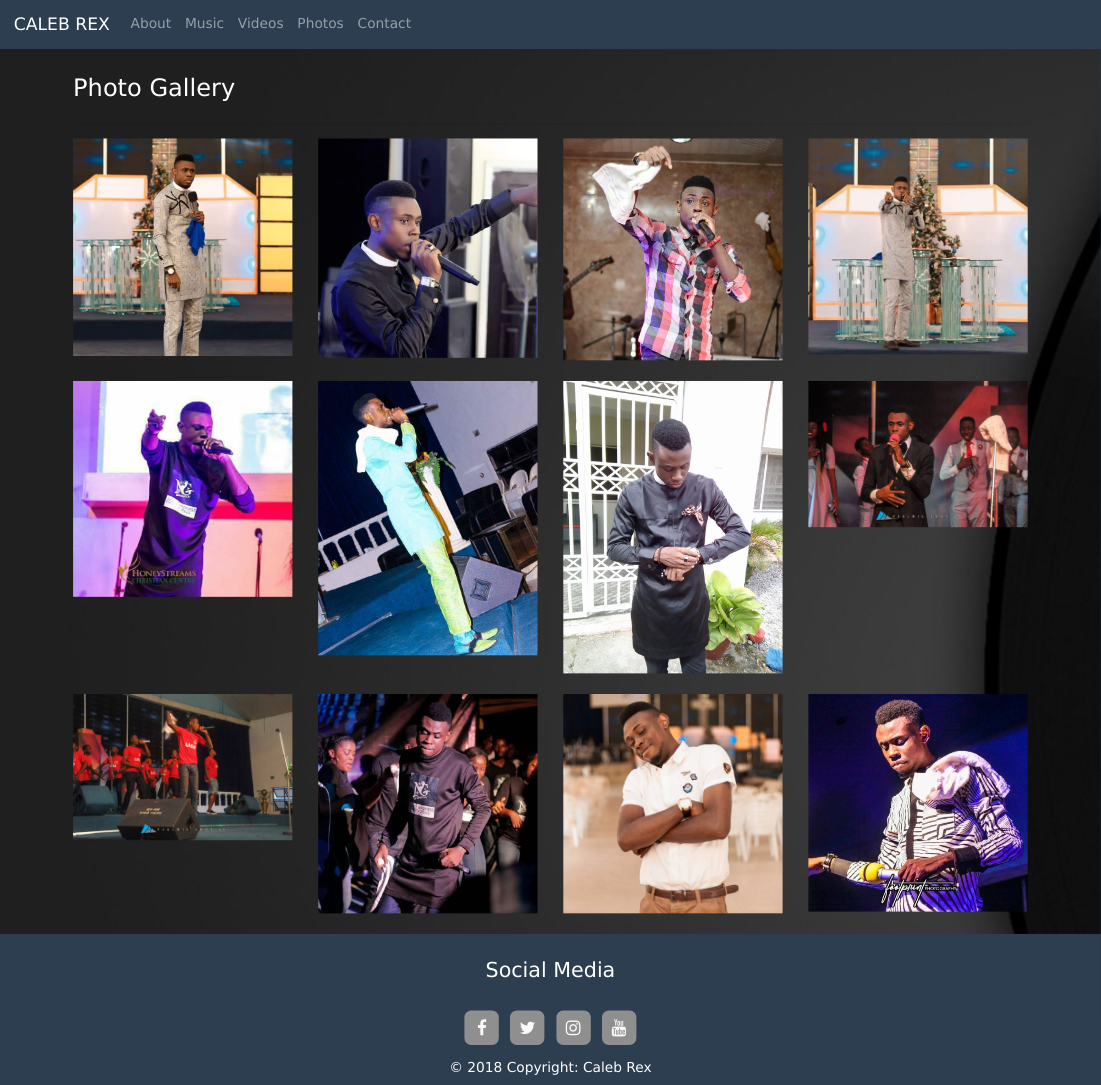
Repository: IchaTreasure/caleb-rex
Page: photos.html
The author's editor kept a record of every edit. The page is drawn from the files as they stood at one moment, then again after the next edit.
The browser window is 1280 px wide. The pictures show the whole page, at 86% of full size.
Some web libraries are served in a nearby version.

Above is the page before.

### photos.html
<!DOCTYPE html>
<html lang="en">

<head>
    <meta charset="UTF-8">
    <meta name="viewport" content="width=device-width, initial-scale=1.0">
    <meta http-equiv="X-UA-Compatible" content="ie=edge">
    <link rel="stylesheet" href="https://maxcdn.bootstrapcdn.com/bootstrap/4.1.3/css/bootstrap.min.css">
    <link rel="stylesheet" href="https://use.fontawesome.com/releases/v5.6.1/css/all.css" integrity="sha384-gfdkjb5BdAXd+lj+gudLWI+BXq4IuLW5IT+brZEZsLFm++aCMlF1V92rMkPaX4PP" crossorigin="anonymous">
    <link rel="stylesheet" href="https://stackpath.bootstrapcdn.com/bootstrap/4.3.1/css/bootstrap.min.css" type="text/css" />
    <link rel="stylesheet" href="https://stackpath.bootstrapcdn.com/font-awesome/4.7.0/css/font-awesome.min.css" type="text/css" />
    <link rel="stylesheet" href="https://cdnjs.cloudflare.com/ajax/libs/hover.css/2.3.1/css/hover-min.css" type="text/css" />
    <link href="https://fonts.googleapis.com/css?family=Roboto:400,700" rel="stylesheet">
    <link rel="stylesheet" href="css/style.css" type="text/css" />
    <title>Caleb Rex</title>
</head>

<body style="background-color: #2c3e50">
    <!-- Navigation Bar -->
    <nav class="navbar navbar-expand-md navbar-dark fixed-top" style="background-color: #2c3e50">
        <a class="navbar-brand" href="index.html">CALEB REX</a>
        <button class="navbar-toggler" type="button" data-toggle="collapse" data-target="#navbarsExampleDefault" aria-controls="navbarsExampleDefault" aria-expanded="false" aria-label="Toggle navigation">
    <span class="navbar-toggler-icon"></span>
  </button>

        <div class="collapse navbar-collapse" id="navbarsExampleDefault">
            <ul class="navbar-nav mr-auto">
                <li class="nav-item right" data-toggle="collapse" data-target=".navbar-collapse.show">
                    <a class="nav-link" href="about.html">About</a>
                </li>
                <li class="nav-item right" data-toggle="collapse" data-target=".navbar-collapse.show">
                    <a class="nav-link" href="music.html">Music</a>
                </li>
                <li class="nav-item right" data-toggle="collapse" data-target=".navbar-collapse.show">
                    <a class="nav-link" href="videos.html">Videos</a>
                </li>
                <li class="nav-item right" data-toggle="collapse" data-target=".navbar-collapse.show">
                    <a class="nav-link active-page" href="photos.html">Photos</a>
                </li>
                <li class="nav-item right" data-toggle="collapse" data-target=".navbar-collapse.show">
                    <a class="nav-link" href="contact.html">Contact</a>
                </li>
            </ul>
        </div>
    </nav>

    <!-- Photo section style="background-color: #D6D6D6; padding-bottom: 100px;" -->
    <section style="background-color: #2c3e50; background-image: url('images/photos-page.png'); Width: 100%;">
        <div class="container" Style="padding-top: 30px">
            <div class="row">
                <h3 style="padding-left: 15px; color: white;">Photo Gallery</h3>
            </div>
            <hr style = "color: white;">
            <div class="row">
                <!-- Modal: Image 1 -->
                <div class="col-sm-3">
                    <a class="d-block mb-4 h-100">
            <img class="img-fluid img-hover" src="images/Caleb1.jpg" data-toggle="modal" data-target="#Image1" alt="Caleb 1" style="width: 100%">
          </a>
                    <!-- Modal Content -->
                    <div class="modal fade" id="Image1" tabindex="-1" role="dialog" aria-hidden="true">
                        <div class="modal-dialog modal-lg" role="document">
                            <div class="modal-body">
                                <img class="img-fluid" src="images/Caleb1.jpg" alt="Caleb 1">
                            </div>
                        </div>
                    </div>
                </div>

                <!-- Modal: Image 2 -->
                <div class="col-sm-3">
                    <a class="d-block mb-4 h-100">
            <img class="img-fluid img-hover" src="images/Caleb2.jpg" data-toggle="modal" data-target="#Image2" alt="Caleb 2" style="width: 100%">
          </a>
                    <!-- Modal Content -->
                    <div class="modal fade" id="Image2" tabindex="-1" role="dialog" aria-hidden="true">
                        <div class="modal-dialog modal-lg" role="document">
                            <div class="modal-body">
                                <img class="img-fluid" src="images/Caleb2.jpg" alt="Caleb 2">
                            </div>
                        </div>
                    </div>
                </div>

                <!-- Modal: Image 3 -->
                <div class="col-sm-3">
                    <a class="d-block mb-4 h-100">
            <img class="img-fluid img-hover" src="images/Caleb3.jpg" data-toggle="modal" data-target="#Image3" alt="Caleb 3" style="width: 100%">
          </a>
                    <!-- Modal Content -->
                    <div class="modal fade" id="Image3" tabindex="-1" role="dialog" aria-hidden="true">
                        <div class="modal-dialog modal-lg" role="document">
                            <div class="modal-body">
                                <img class="img-fluid" src="images/Caleb3.jpg" alt="Caleb 3">
                            </div>
                        </div>
                    </div>
                </div>

                <!-- Modal: Image 4 -->
                <div class="col-sm-3">
                    <a class="d-block mb-4 h-100">
            <img class="img-fluid img-hover" src="images/Caleb4.jpg" data-toggle="modal" data-target="#Image4" alt="Caleb 4" style="width: 100%">
          </a>
                    <!-- Modal Content -->
                    <div class="modal fade" id="Image4" tabindex="-1" role="dialog" aria-hidden="true">
                        <div class="modal-dialog modal-lg" role="document">
                            <div class="modal-body">
                                <img class="img-fluid" src="images/Caleb4.jpg" alt="Caleb 4">
                            </div>
                        </div>
                    </div>
                </div>
            </div>

            <div class="row">
                <!-- Modal: Image 5 -->
                <div class="col-sm-3">
                    <a class="d-block mb-4 h-100">
            <img class="img-fluid img-hover" src="images/Caleb5.jpg" data-toggle="modal" data-target="#Image5" alt="Caleb 5" style="width: 100%">
          </a>
                    <!-- Modal Content -->
                    <div class="modal fade" id="Image5" tabindex="-1" role="dialog" aria-hidden="true">
                        <div class="modal-dialog modal-lg" role="document">
                            <div class="modal-body">
                                <img class="img-fluid" src="images/Caleb5.jpg" alt="Caleb 5">
                            </div>
                        </div>
                    </div>
                </div>

                <!-- Modal: Image 6 -->
                <div class="col-sm-3">
                    <a class="d-block mb-4 h-100">
            <img class="img-fluid img-hover" src="images/Caleb6.jpg" data-toggle="modal" data-target="#Image6" alt="Caleb 6" style="width: 100%">
          </a>
                    <!-- Modal Content -->
                    <div class="modal fade" id="Image6" tabindex="-1" role="dialog" aria-hidden="true">
                        <div class="modal-dialog modal-lg" role="document">
                            <div class="modal-body">
                                <img class="img-fluid" src="images/Caleb6.jpg" alt="Caleb 6">
                            </div>
                        </div>
                    </div>
                </div>

                <!-- Modal: Image 7 -->
                <div class="col-sm-3">
                    <a class="d-block mb-4 h-100">
            <img class="img-fluid img-hover" src="images/Caleb7.jpg" data-toggle="modal" data-target="#Image7" alt="Caleb 7" style="width: 100%">
          </a>
                    <!-- Modal Content -->
                    <div class="modal fade" id="Image7" tabindex="-1" role="dialog" aria-hidden="true">
                        <div class="modal-dialog modal-lg" role="document">
                            <div class="modal-body">
                                <img class="img-fluid" src="images/Caleb7.jpg" alt="Caleb 7">
                            </div>
                        </div>
                    </div>
                </div>

                <!-- Modal: Image 8 -->
                <div class="col-sm-3">
                    <a class="d-block mb-4 h-100">
            <img class="img-fluid img-hover" src="images/Caleb8.jpg" data-toggle="modal" data-target="#Image8" alt="Caleb 8" style="width: 100%">
          </a>
                    <!-- Modal Content -->
                    <div class="modal fade" id="Image8" tabindex="-1" role="dialog" aria-hidden="true">
                        <div class="modal-dialog modal-lg" role="document">
                            <div class="modal-body">
                                <img class="img-fluid" src="images/Caleb8.jpg" alt="Caleb 8">
                            </div>
                        </div>
                    </div>
                </div>
            </div>

            <div class="row">
                <!-- Modal: Image 9 -->
                <div class="col-sm-3">
                    <a class="d-block mb-4 h-100">
            <img class="img-fluid img-hover" src="images/Caleb9.jpg" data-toggle="modal" data-target="#Image9" alt="Caleb 9" style="width: 100%">
          </a>
                    <!-- Modal Content -->
                    <div class="modal fade" id="Image9" tabindex="-1" role="dialog" aria-hidden="true">
                        <div class="modal-dialog modal-lg" role="document">
                            <div class="modal-body">
                                <img class="img-fluid" src="images/Caleb9.jpg" alt="Caleb 9">
                            </div>
                        </div>
                    </div>
                </div>

                <!-- Modal: Image 10 -->
                <div class="col-sm-3">
                    <a class="d-block mb-4 h-100">
            <img class="img-fluid img-hover" src="images/Caleb11.jpg" data-toggle="modal" data-target="#Image11" alt="Caleb 10" style="width: 100%">
          </a>
                    <!-- Modal Content -->
                    <div class="modal fade" id="Image11" tabindex="-1" role="dialog" aria-hidden="true">
                        <div class="modal-dialog modal-lg" role="document">
                            <div class="modal-body">
                                <img class="img-fluid" src="images/Caleb11.jpg" alt="Caleb 10">
                            </div>
                        </div>
                    </div>
                </div>

                <!-- Modal: Image 11 -->
                <div class="col-sm-3">
                    <a class="d-block mb-4 h-100">
            <img class="img-fluid img-hover" src="images/Caleb12.jpg" data-toggle="modal" data-target="#Image12" alt="Caleb 11" style="width: 100%">
          </a>
                    <!-- Modal Content -->
                    <div class="modal fade" id="Image12" tabindex="-1" role="dialog" aria-hidden="true">
                        <div class="modal-dialog modal-lg" role="document">
                            <div class="modal-body">
                                <img class="img-fluid" src="images/Caleb12.jpg" alt="Caleb 11">
                            </div>
                        </div>
                    </div>
                </div>

                <!-- Modal: Image 12 -->
                <div class="col-sm-3">
                    <a class="d-block mb-4 h-100">
            <img class="img-fluid img-hover" src="images/Caleb14.jpg" data-toggle="modal" data-target="#Image14" alt="Caleb 12" style="width: 100%">
          </a>
                    <!-- Modal Content -->
                    <div class="modal fade" id="Image14" tabindex="-1" role="dialog" aria-hidden="true">
                        <div class="modal-dialog modal-lg" role="document">
                            <div class="modal-body">
                                <img class="img-fluid" src="images/Caleb14.jpg" alt="Caleb 12">
                            </div>
                        </div>
                    </div>
                </div>
            </div>
        </div>
    </section>

    <!-- Footer -->
    <footer class="py-1" style="background-color: #2c3e50; text-align: center;">
        <div class="container">
            <br>
            <h4 style = "color: white">Social Media</h4>
            <br>
            <ul class="list-inline social-links">
                <li class="list-inline-item">
                    <a target="_blank" href="https://www.facebook.com/caleb.rex.96"><i class = " fa fa-facebook" aria-hidden="true"></i><span class = "sr-only">Facebook</span></a>
                </li>
                <li class="list-inline-item">
                    <a target="_blank" href="https://twitter.com/calebrex01"><i class = " fa fa-twitter" aria-hidden="true"></i><span class = "sr-only">Twitter</span></a>
                </li>
                <li class="list-inline-item">
                    <a target="_blank" href="https://www.instagram.com/caleb.rex01/"><i class = " fa fa-instagram" aria-hidden="true"></i><span class = "sr-only">Instagram</span></a>
                </li>
                <li class="list-inline-item">
                    <a target="_blank" href="https://www.youtube.com/channel/UC_B7e65upco510Sio9dZJhg"><i class = " fa fa-youtube" aria-hidden="true"></i><span class = "sr-only">Youtube</span></a>
                </li>
            </ul>
        </div>

        <h6 style="text-align: center; color: white;">© 2018 Copyright: Caleb Rex</h6>
        <!-- /.container -->
    </footer>
    <!-- Bootstrap core JavaScript -->
    <script src="https://code.jquery.com/jquery-3.3.1.slim.min.js" integrity="sha384-q8i/X+965DzO0rT7abK41JStQIAqVgRVzpbzo5smXKp4YfRvH+8abtTE1Pi6jizo" crossorigin="anonymous"></script>
    <script src="https://cdnjs.cloudflare.com/ajax/libs/popper.js/1.14.3/umd/popper.min.js" integrity="sha384-ZMP7rVo3mIykV+2+9J3UJ46jBk0WLaUAdn689aCwoqbBJiSnjAK/l8WvCWPIPm49" crossorigin="anonymous"></script>
    <script src="https://stackpath.bootstrapcdn.com/bootstrap/4.1.3/js/bootstrap.min.js" integrity="sha384-ChfqqxuZUCnJSK3+MXmPNIyE6ZbWh2IMqE241rYiqJxyMiZ6OW/JmZQ5stwEULTy" crossorigin="anonymous"></script>
    <script src="https://code.jquery.com/jquery-3.3.1.slim.min.js" integrity="sha384-q8i/X+965DzO0rT7abK41JStQIAqVgRVzpbzo5smXKp4YfRvH+8abtTE1Pi6jizo" crossorigin="anonymous"></script>
    <script src="https://cdnjs.cloudflare.com/ajax/libs/popper.js/1.14.7/umd/popper.min.js" integrity="sha384-UO2eT0CpHqdSJQ6hJty5KVphtPhzWj9WO1clHTMGa3JDZwrnQq4sF86dIHNDz0W1" crossorigin="anonymous"></script>
    <script src="https://stackpath.bootstrapcdn.com/bootstrap/4.3.1/js/bootstrap.min.js" integrity="sha384-JjSmVgyd0p3pXB1rRibZUAYoIIy6OrQ6VrjIEaFf/nJGzIxFDsf4x0xIM+B07jRM" crossorigin="anonymous"></script>
</body>
</html>

### css/style.css
/*---------------------------- css for body */
body {
  font-family: 'Lucida Grande', sans-serif;
  padding-top: 56px;
}

ul li a .active-page
{
  background-color:black;
}

p{
	color: white;
}

h1, h2, h3, h4, h5, h6 {
	color: white;
}

label{
	color: white;
}

/*----------------------------------------- Modal Styling */
.modal-body{
    color: #615650;
    text-align: center;
}

.modal-content{
    background-color: #dbc7bd;
    padding: 20px;
}

.img-hover:hover{
    cursor: pointer;
    opacity: 0.6;
    transition: all 0.35s ease-in-out;
    -moz-transition: all 0.35s ease-in-out;
    -webkit-transition: all 0.35s ease-in-out;
    -o-transition: all 0.35s ease-in-out;
}

/*---------------------------- css for contact form*/
.form-style-1 {
	margin:10px auto;
	max-width: 400px;
	padding: 20px 12px 10px 20px;
	font: 13px "Lucida Sans Unicode", "Lucida Grande", sans-serif;
}
.form-style-1 li {
	padding: 0;
	display: block;
	list-style: none;
	margin: 10px 0 0 0;
}
.form-style-1 label{
	margin:0 0 3px 0;
	padding:0px;
	display:block;
	font-weight: bold;
}
.form-style-1 input[type=text],
.form-style-1 input[type=date],
.form-style-1 input[type=datetime],
.form-style-1 input[type=number],
.form-style-1 input[type=search],
.form-style-1 input[type=time],
.form-style-1 input[type=url],
.form-style-1 input[type=email],
textarea,
select{
	box-sizing: border-box;
	-webkit-box-sizing: border-box;
	-moz-box-sizing: border-box;
	border:1px solid #BEBEBE;
	padding: 7px;
	margin:0px;
	-webkit-transition: all 0.30s ease-in-out;
	-moz-transition: all 0.30s ease-in-out;
	-ms-transition: all 0.30s ease-in-out;
	-o-transition: all 0.30s ease-in-out;
	outline: none;
}

.form-style-1 input[type=text]:focus,
.form-style-1 input[type=date]:focus,
.form-style-1 input[type=datetime]:focus,
.form-style-1 input[type=number]:focus,
.form-style-1 input[type=search]:focus,
.form-style-1 input[type=time]:focus,
.form-style-1 input[type=url]:focus,
.form-style-1 input[type=email]:focus,
.form-style-1 textarea:focus,
.form-style-1 select:focus{
	-moz-box-shadow: 0 0 8px #88D5E9;
	-webkit-box-shadow: 0 0 8px #88D5E9;
	box-shadow: 0 0 8px #88D5E9;
	border: 1px solid #88D5E9;
}

.form-style-1 .field-divided{
	width: 49%;
}

.form-style-1 .field-long{
	width: 100%;
}
.form-style-1 .field-select{
	width: 100%;
}
.form-style-1 .field-textarea{
	height: 100px;
}
.form-style-1 input[type=submit], .form-style-1 input[type=button]{
	background: #4B99AD;
	padding: 8px 15px 8px 15px;
	border: none;
	color: #fff;
}

.form-style-1 input[type=submit]:hover, .form-style-1 input[type=button]:hover{
	background: #4691A4;
	box-shadow:none;
	-moz-box-shadow:none;
	-webkit-box-shadow:none;
}

.form-style-1 .required{
	color:red;
}

/*---------------------------- css for footer*/
footer {
  background-color: #7D0D11;
  color: black;
}

.social-links li a i {
  width: 40px;
  height: 40px;
  padding: 10px;
  border-radius: 20%;
  font-size: 20px;
  line-height: 20px;
  text-align: center;
  color: #fafafa;
  background: #8f8f8f;
  transition: all 0.35s ease-in-out;
  -moz-transition: all 0.35s ease-in-out;
  -webkit-transition: all 0.35s ease-in-out;
  -o-transition: all 0.35s ease-in-out;
}

.social-links li a i:hover {
  background: black;
}

After the next edit:
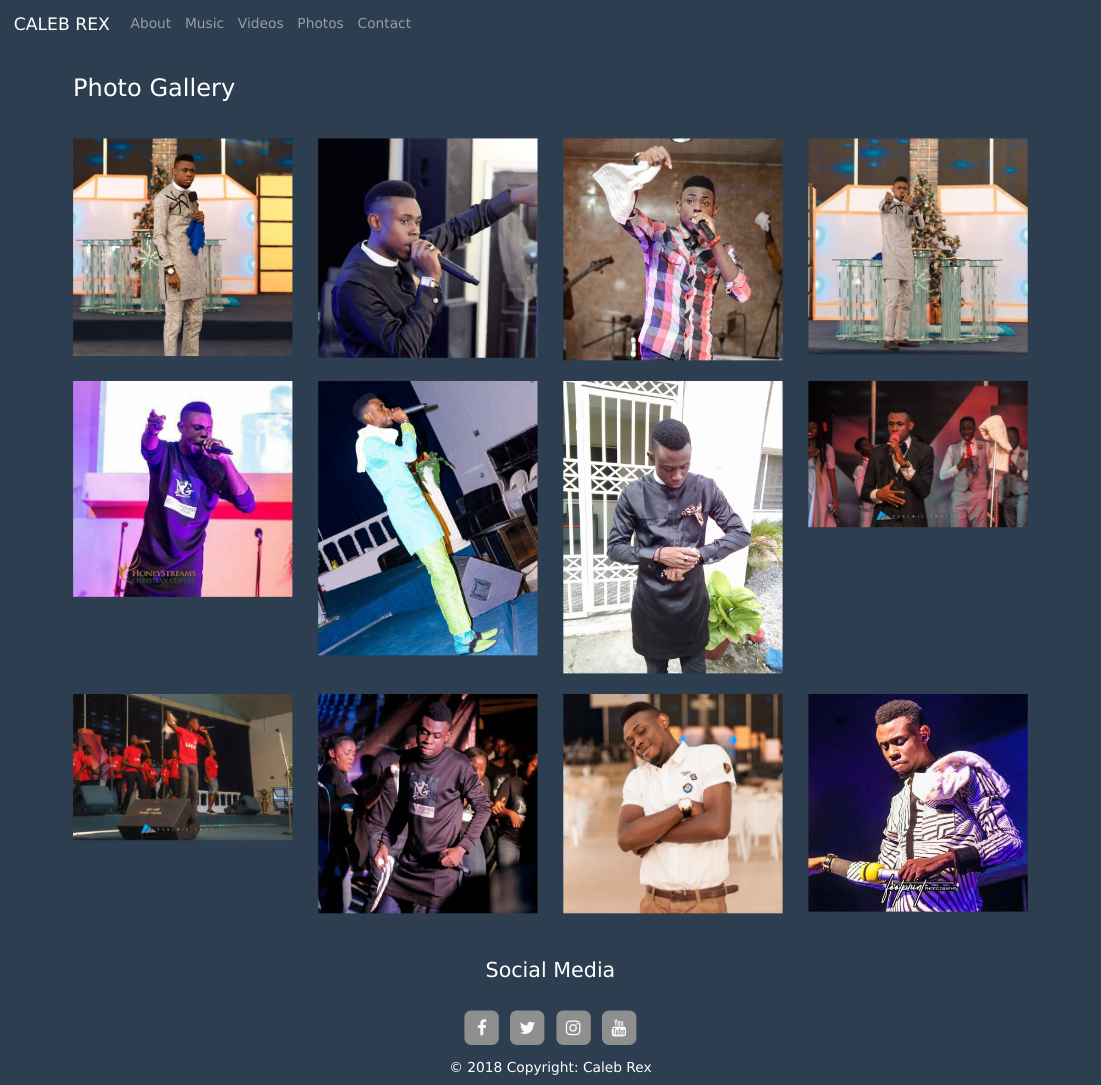
The edit:
--- a/photos.html
+++ b/photos.html
@@ -44,8 +44,9 @@
         </div>
     </nav>
 
-    <!-- Photo section style="background-color: #D6D6D6; padding-bottom: 100px;" -->
-    <section style="background-color: #2c3e50; background-image: url('images/photos-page.png'); Width: 100%;">
+    <!-- Photo section
+    <section style="background-color: #2c3e50; background-image: url('images/photos-page.png'); Width: 100%;"> -->
+    <Section>
         <div class="container" Style="padding-top: 30px">
             <div class="row">
                 <h3 style="padding-left: 15px; color: white;">Photo Gallery</h3>

After the edit that followed:
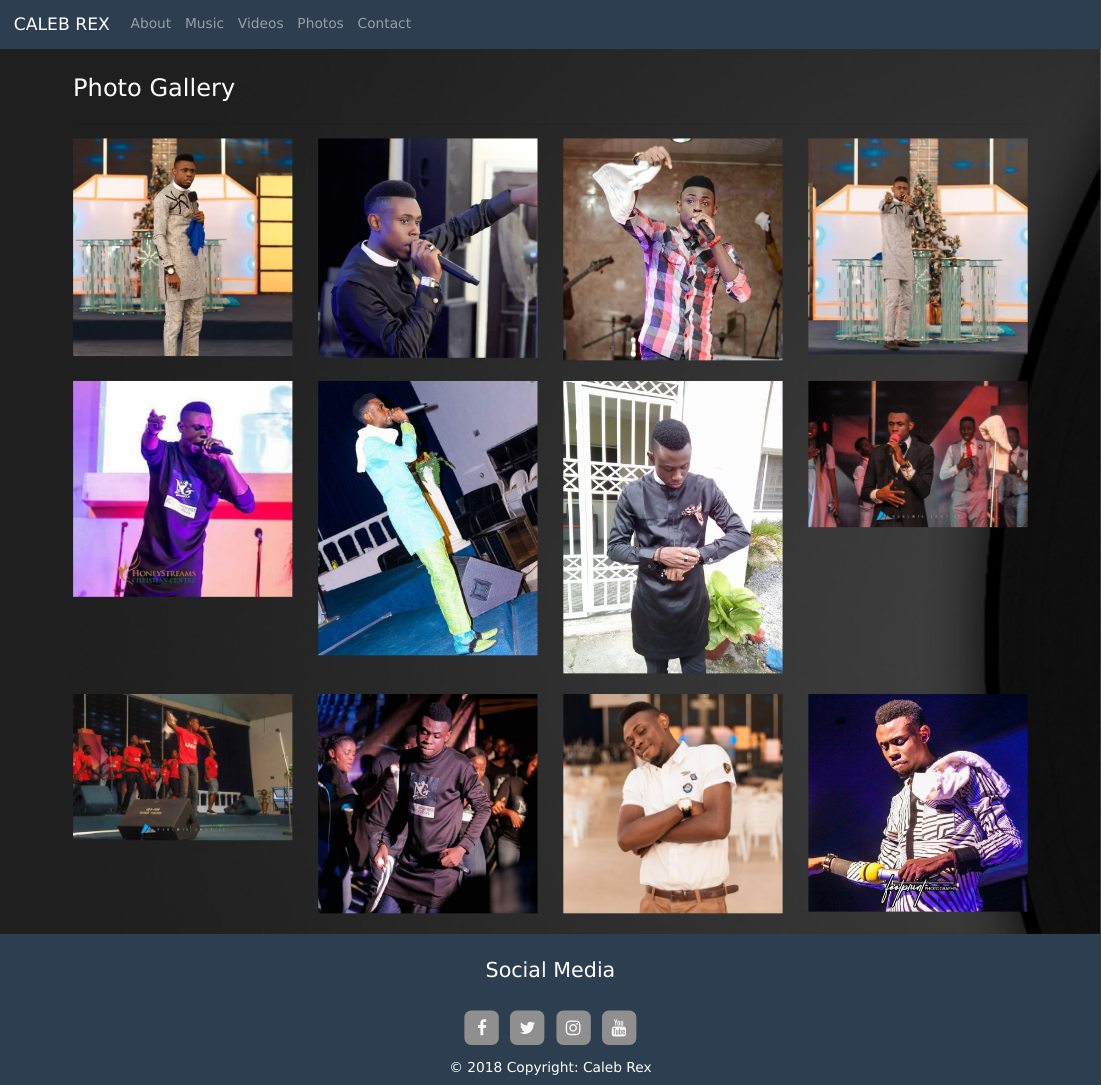
The edit:
--- a/photos.html
+++ b/photos.html
@@ -15,7 +15,7 @@
     <title>Caleb Rex</title>
 </head>
 
-<body style="background-color: #2c3e50">
+<body style="background-image: url('images/photos-page.png'); Width: 100%;">
     <!-- Navigation Bar -->
     <nav class="navbar navbar-expand-md navbar-dark fixed-top" style="background-color: #2c3e50">
         <a class="navbar-brand" href="index.html">CALEB REX</a>
